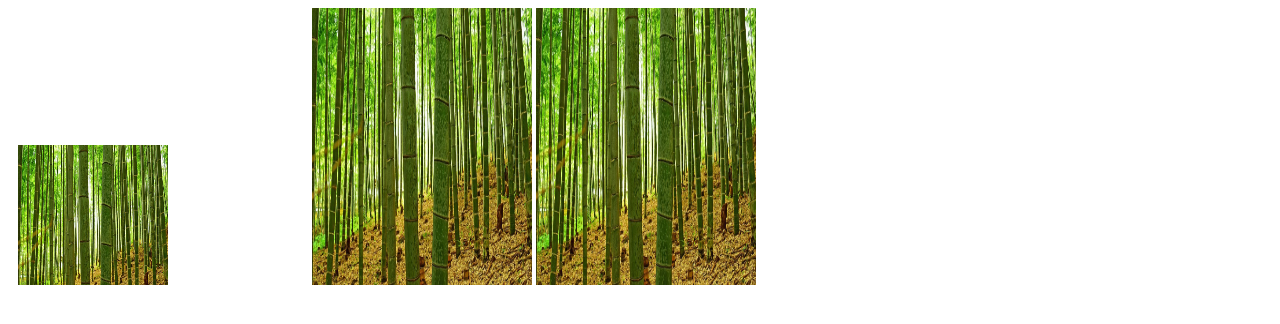
Repository: tanasa-mircea/playground
Page: canvas-filters/index.html
The author's editor kept a copy of each file at every save. The page is drawn from the files as they stood at one save, then again after the next save.
The browser window is 1280 px wide. The pictures show the whole page.

Above is the page before, as saved 2019-02-08 10:52:58.

### canvas-filters/index.html
<!DOCTYPE html>
<html>
<head>
  <meta charset="utf-8">
  <meta http-equiv="X-UA-Compatible" content="IE=edge">
  <title>Page Title</title>
  <meta name="viewport" content="width=device-width, initial-scale=1">
</head>
<body>
  <canvas id="myCanvas"></canvas>
  <img id="image scream" src="bamboo.jpg" alt=""  width="220" height="277" >

<img id="scream" width="220" height="277" src="bamboo.jpg" alt="The Scream">

  <script src="main.js"></script>
</body>
</html>

### canvas-filters/main.js
var config = {
  canvasWidth: 1200,
  canvasHeight: 600
}

var canvas,
    canvasContext,
    image;

function initCanvas() {
  canvas = document.getElementById("canvas");
  // canvas.height = config.canvasHeight;
  // canvas.width = config.canvasWidth;

  canvasContext = canvas.getContext("2d");
  image = document.getElementById("image");
  debugger
  canvasContext.drawImage(image, config.canvasWidth, config.canvasHeight, 0, 0);
}

// window.onload = function() {
//   initCanvas();
// }

window.onload = function() {
  var c = document.getElementById("myCanvas");
  var ctx = c.getContext("2d");
  var img = document.getElementById("scream");
  ctx.drawImage(img, 10, 10, 150, 180);
}

After the next save:
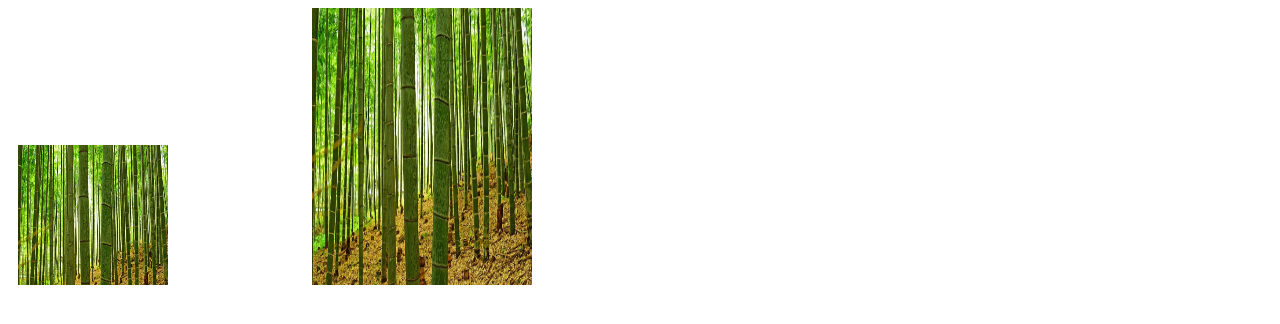
Saved 17 s later.
--- a/canvas-filters/index.html
+++ b/canvas-filters/index.html
@@ -8,9 +8,7 @@
 </head>
 <body>
   <canvas id="myCanvas"></canvas>
-  <img id="image scream" src="bamboo.jpg" alt=""  width="220" height="277" >
-
-<img id="scream" width="220" height="277" src="bamboo.jpg" alt="The Scream">
+  <img id="scream" width="220" height="277" src="bamboo.jpg" alt="The Scream" >
 
   <script src="main.js"></script>
 </body>
